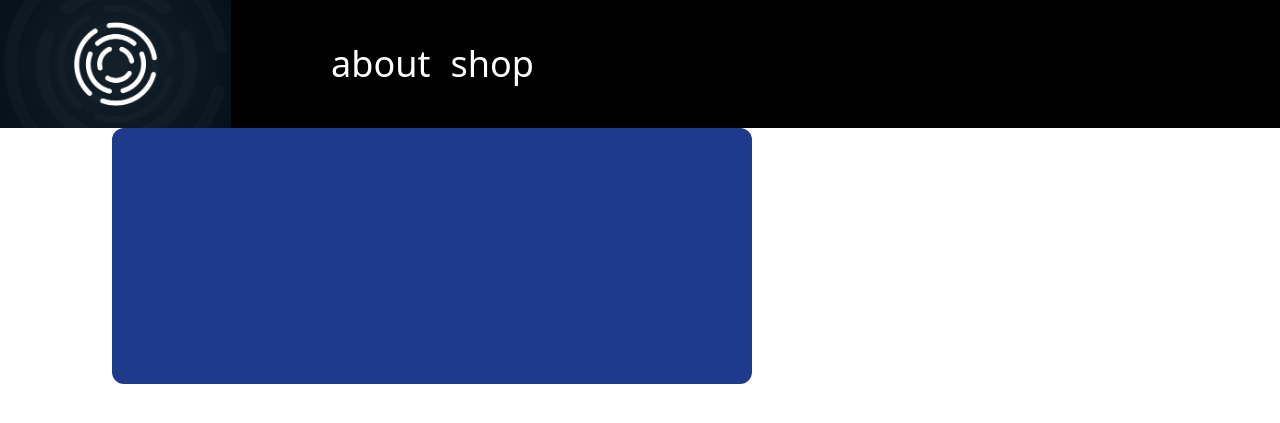
Repository: AstriaFinance/AstriaMvp
Page: /about
These files come from the project's save history. The page is drawn as it stood at one moment and after the next save; the edit follows.
The browser window is 1280 px wide. The pictures show the whole page.
The project was rebuilt for these pictures with package versions that can differ from the ones it lists, and the page was loaded fresh each time. Also part of the build but not shown: src/components/About.jsx, src/components/Shop.jsx, src/components/ErrorPage.jsx.

Above is the page before, as saved 2022-06-21 15:23:21.

After the next save:
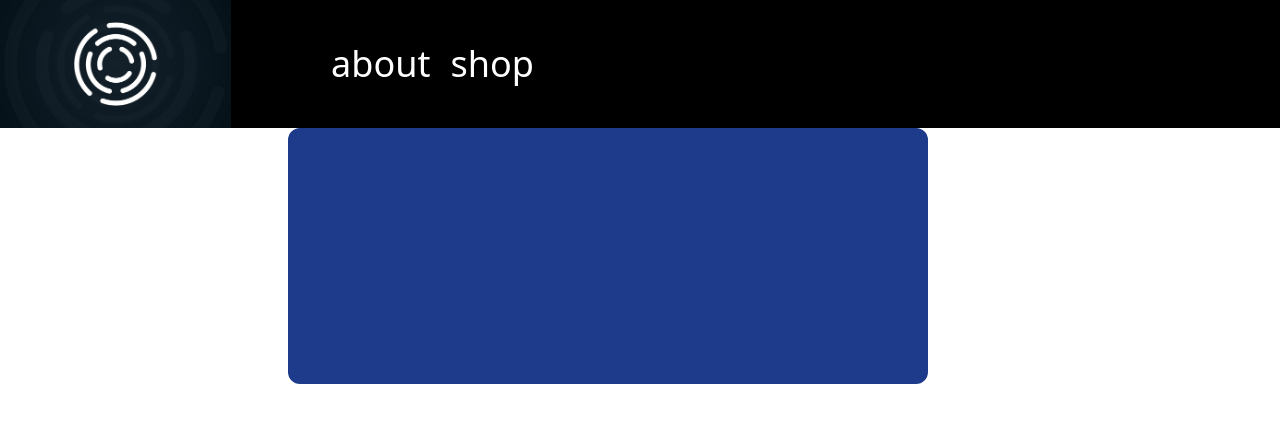
Saved 15 s later.
--- a/src/components/Home.jsx
+++ b/src/components/Home.jsx
@@ -2,7 +2,7 @@ import React from 'react'
 
 const Home = () => {
   return (
-    <div className='flex items-center justify-center h-64 w-1/2 rounded-xl mx-28 bg-blue-900'></div>
+    <div className='flex items-center justify-center h-64 w-1/2 rounded-xl mx-72 bg-blue-900'></div>
   )
 }
 
